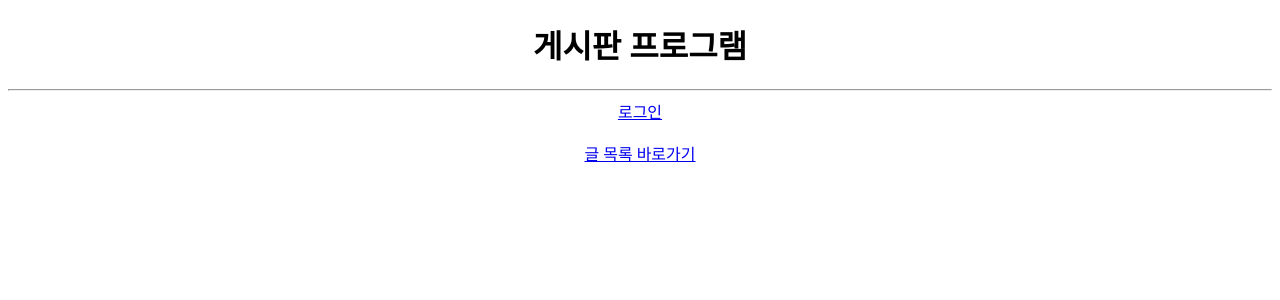
Repository: Mockingbirs/src
Page: http://localhost/ch11_SpringMVC_Board/
The author's editor kept a copy of each file at every save. The page is drawn from the files as they stood at one save, then again after the next save.
The browser window is 1280 px wide. The pictures show the whole page.
The page is served by Tomcat 9. Nobody is signed in. The application's start-up code is not run.

Above is the page before, as saved 2022-09-14 09:04:15.

After the next save:
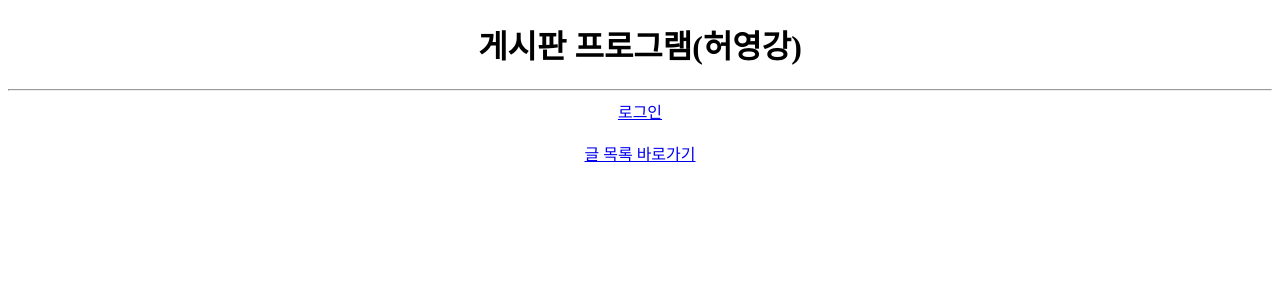
Saved 15 h 42 min later.
--- a/ch11_SpringMVC_Board/src/main/webapp/index.jsp
+++ b/ch11_SpringMVC_Board/src/main/webapp/index.jsp
@@ -1,5 +1,7 @@
 <%@ page language="java" contentType="text/html; charset=UTF-8"
     pageEncoding="UTF-8"%>
+
+
 <!DOCTYPE html>
 <html>
 <head>
@@ -9,7 +11,7 @@
 <body>
 
 
-	<h1 align="center">게시판 프로그램</h1>
+	<h1 align="center">게시판 프로그램(허영강)</h1>
 	<hr>
 
 	<div align="center">
